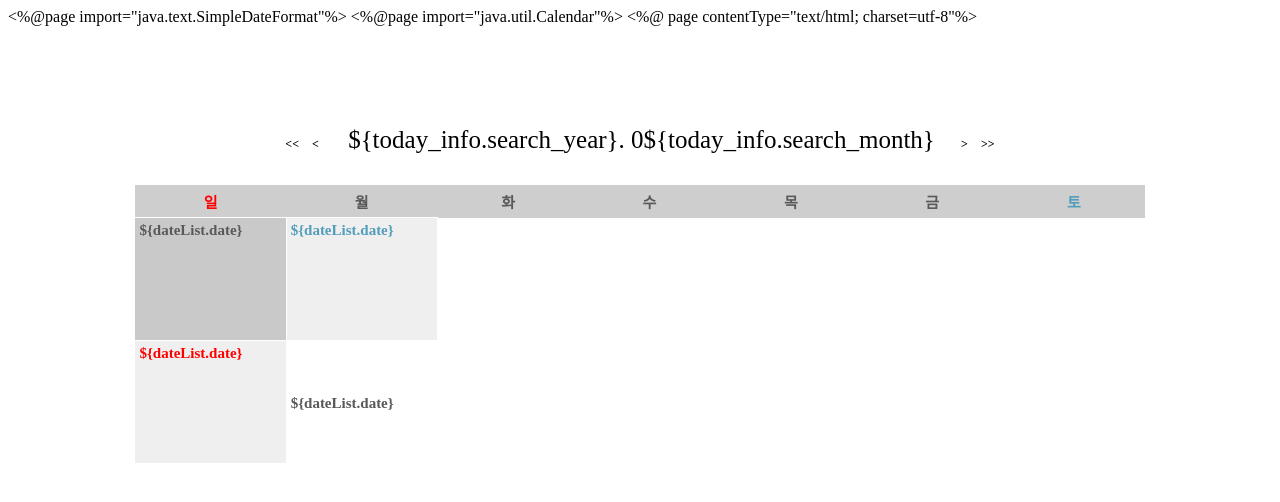
Repository: guddus326/Grass_Farm
Page: Grass_Farm/Grass_Farm/WebContent/test.html
These files come from the project's save history. The page is drawn as it stood at one moment and after the next save; the edit follows.
The browser window is 1280 px wide. The pictures show the whole page.

Above is the page before, as saved 2020-11-03 12:17:06.

After the next save:
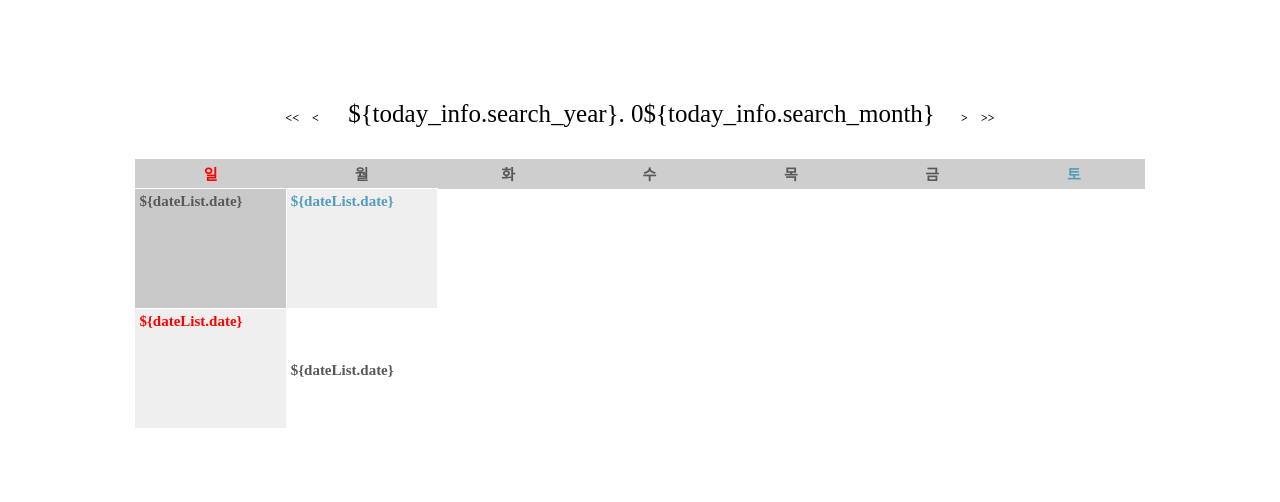
Saved 2 days later.
--- a/Grass_Farm/Grass_Farm/WebContent/test.html
+++ b/Grass_Farm/Grass_Farm/WebContent/test.html
@@ -1,7 +1,4 @@
-<!DOCTYPE html PUBLIC "-//W3C//DTD HTML 4.01 Transitional//EN" "http://www.w3.org/TR/html4/loose.dtd">
-<%@page import="java.text.SimpleDateFormat"%>
-<%@page import="java.util.Calendar"%>
-<%@ page contentType="text/html; charset=utf-8"%>
+
 
 
 <html lang="ko">
